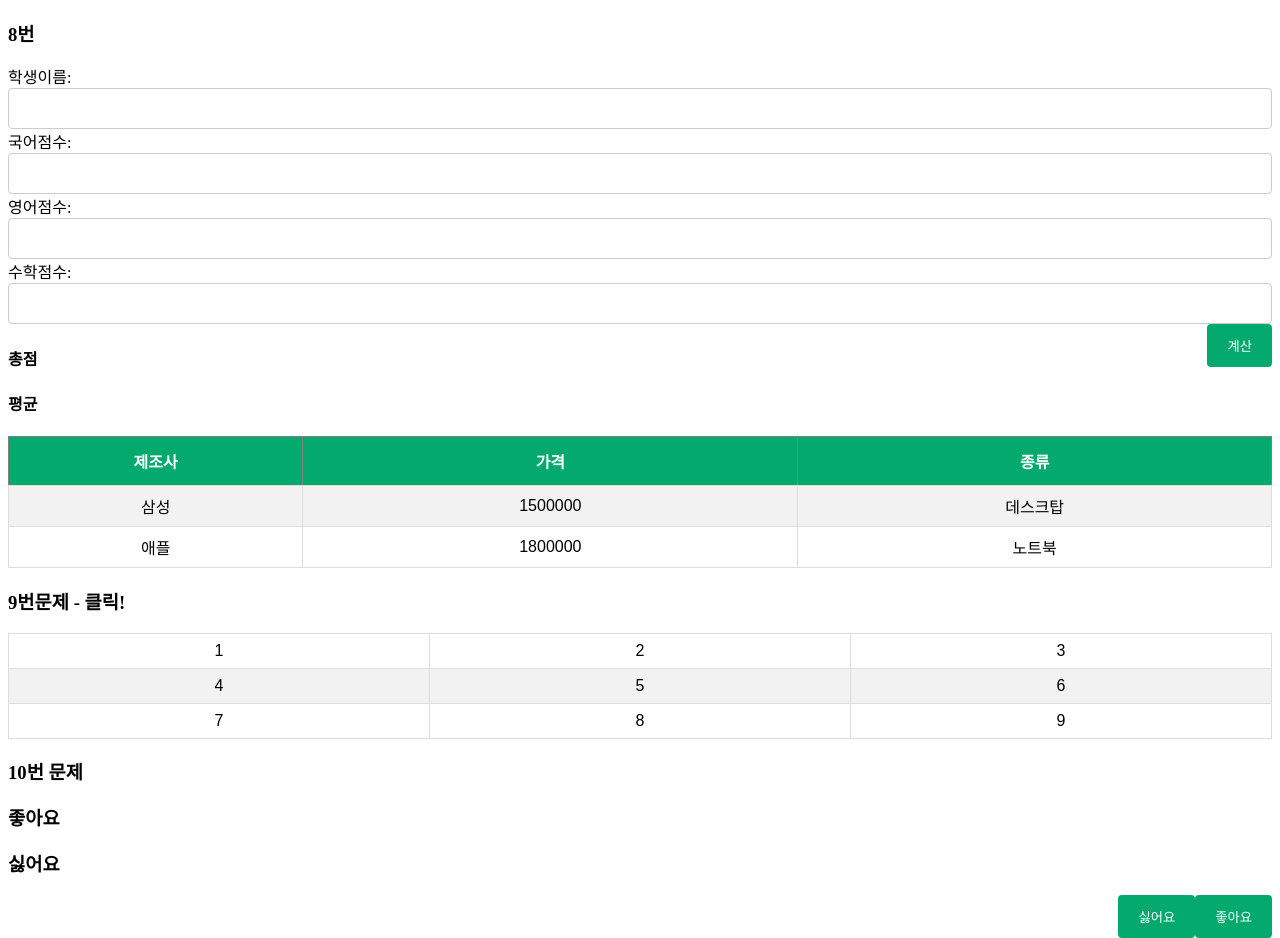
Repository: buildadoor/eclipse
Page: http://localhost/jspexp/z01_homework/a02_221115.jsp
The author's editor kept a copy of each file at every save. The page is drawn from the files as they stood at one save, then again after the next save.
The browser window is 1280 px wide. The pictures show the whole page.
The page is served by Tomcat 9.

Above is the page before, as saved 2022-11-15 07:39:54.

After the next save:
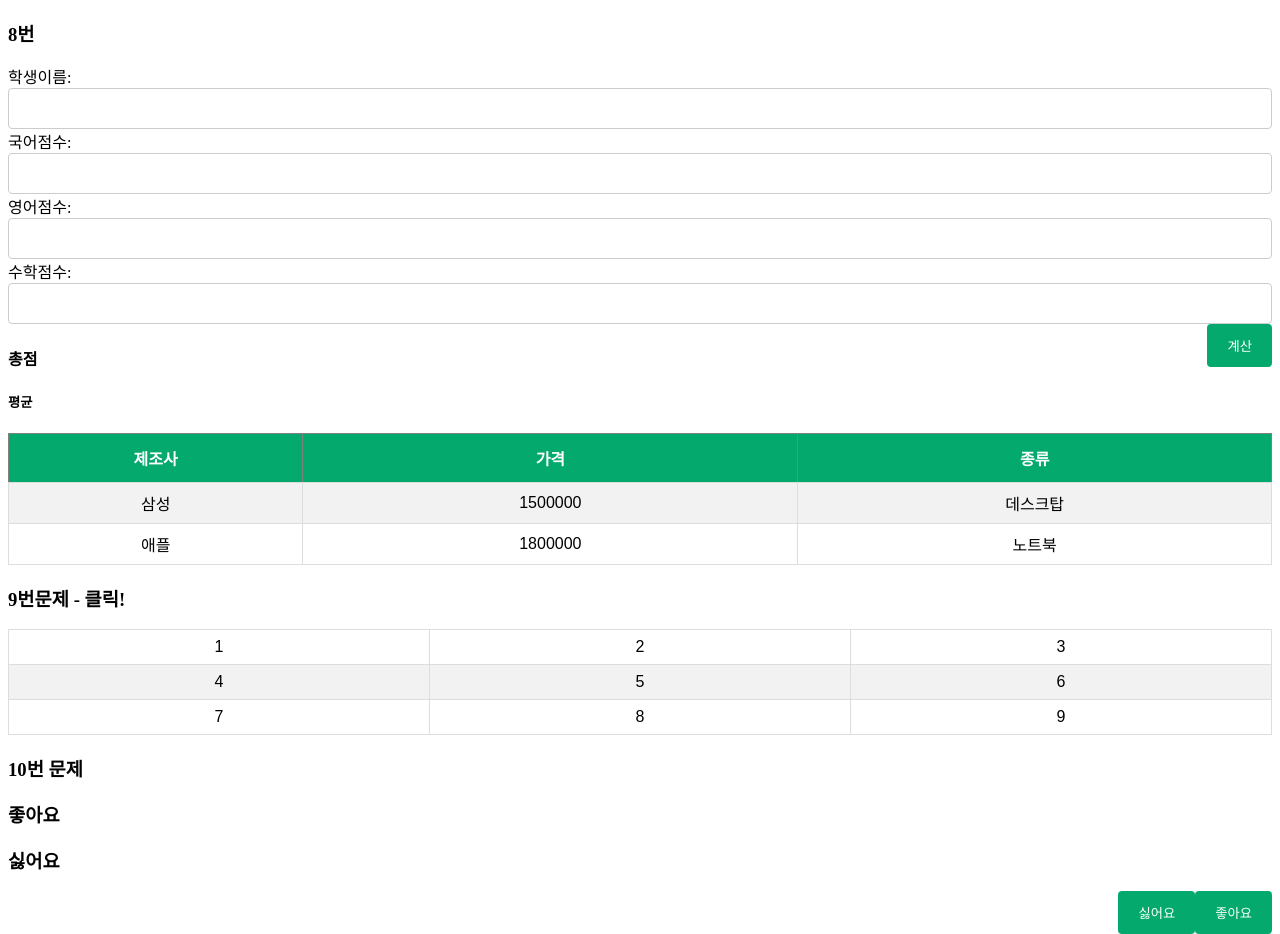
Saved 52 s later.
--- a/jspexp/src/main/webapp/z01_homework/a02_221115.jsp
+++ b/jspexp/src/main/webapp/z01_homework/a02_221115.jsp
@@ -67,7 +67,7 @@ function calcu(){
 	var plus = kor+eng+math;
 	document.querySelector("h4").innerText=pname+", 총점:"+plus
 	var avg = (kor+eng+math)/3;
-	document.querySelector("h4").innerText=pname+", 평균:"+avg
+	document.querySelector("h5").innerText=pname+", 평균:"+avg
 	}
 
 /*
@@ -103,7 +103,7 @@ function addhate(obj){
 	수학점수:<input type="text" name="math"/>
 	<input type="button" value="계산" onclick="calcu()"/>
 	<h4>총점</h4>
-	<h4>평균</h4>
+	<h5>평균</h5>
 
 
 <table width=300px border>
